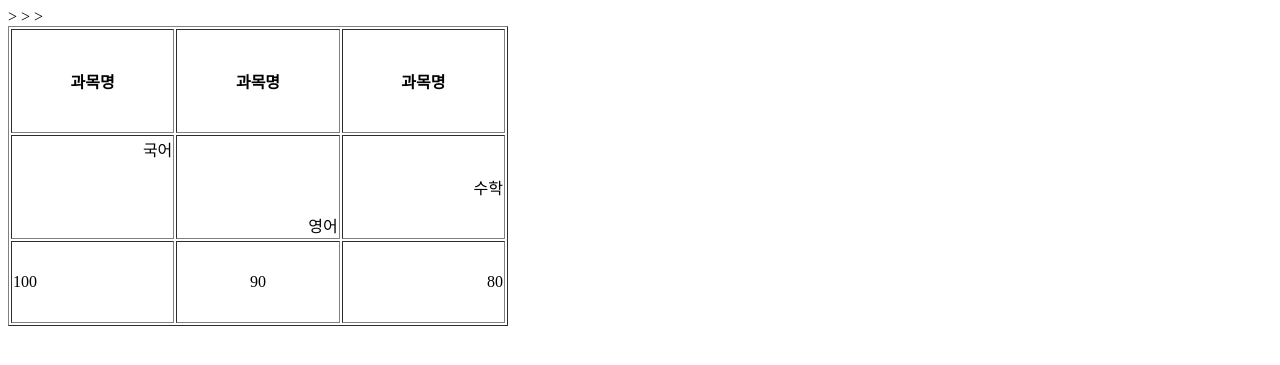
Repository: bjKim2/JSP
Page: HTML/src/main/webapp/Lec03.html
An editor plug-in stored every save of this project. The page is shown before and after the next save, followed by the edit.
The browser window is 1280 px wide. The pictures show the whole page.

Above is the page before, as saved 2022-03-15 02:14:46.

After the next save:
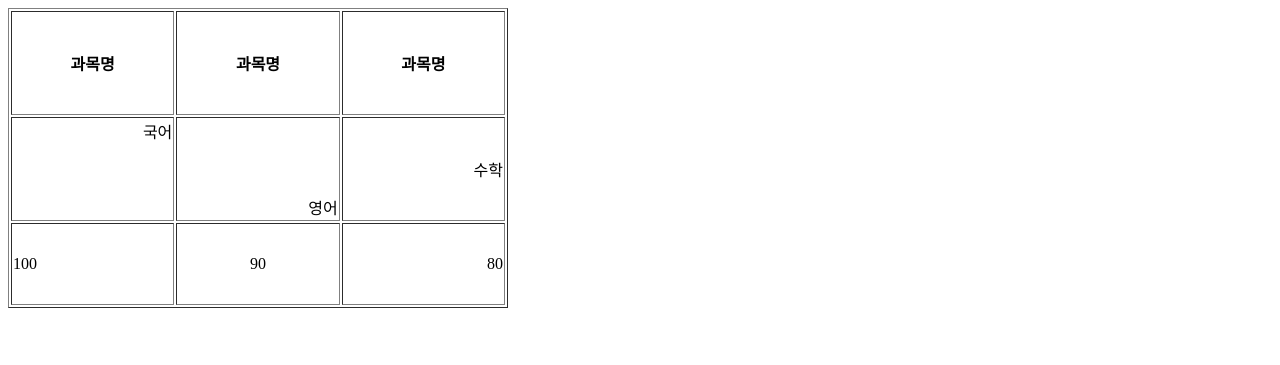
Saved 10 s later.
--- a/HTML/src/main/webapp/Lec03.html
+++ b/HTML/src/main/webapp/Lec03.html
@@ -7,9 +7,9 @@
 	<body>
 		<table border = '1' width = "500" height = "300">
 			<tr>
-				<th>과목명 </th>>
-				<th>과목명 </th>>
-				<th>과목명 </th>>
+				<th>과목명 </th>
+				<th>과목명 </th>
+				<th>과목명 </th>
 			</tr>
 
 			<tr align = right>
